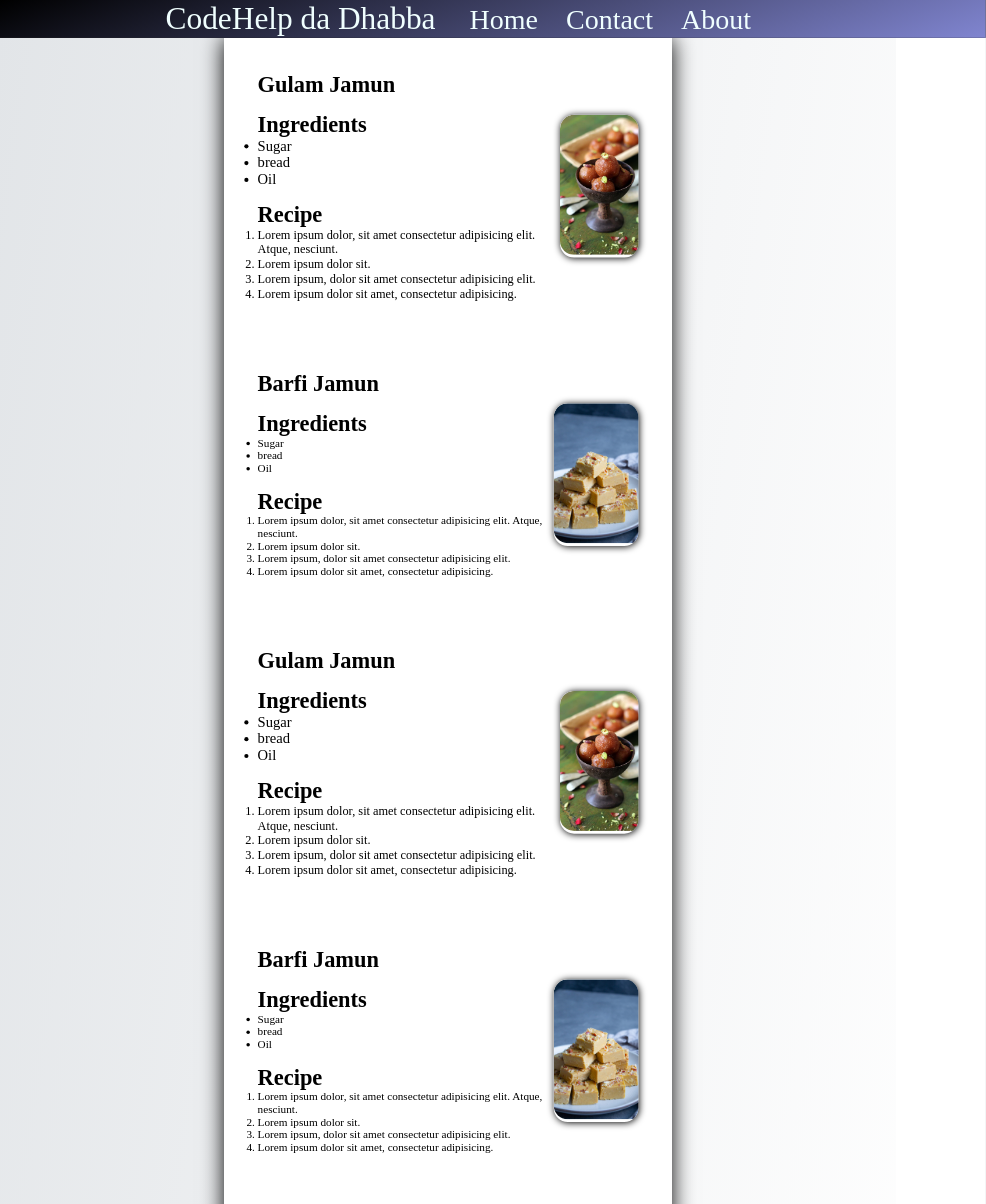
Repository: ssaddamhuss100/Recipe_Html_css
Page: index.html
These files come from the project's save history. The page is drawn as it stood at one moment and after a run of saves; the edit follows.
The browser window is 1280 px wide. The page is 1408 px wide, so the pictures cover 1408 px, including what lies to the right of the window. The pictures show the part of the page from y = 0 to 1720 px (the page is 2559 px tall before and 2554 px after), at 70% of full size.

Above is the page before, as saved 2024-12-12 10:49:09.

After the next 2 saves:
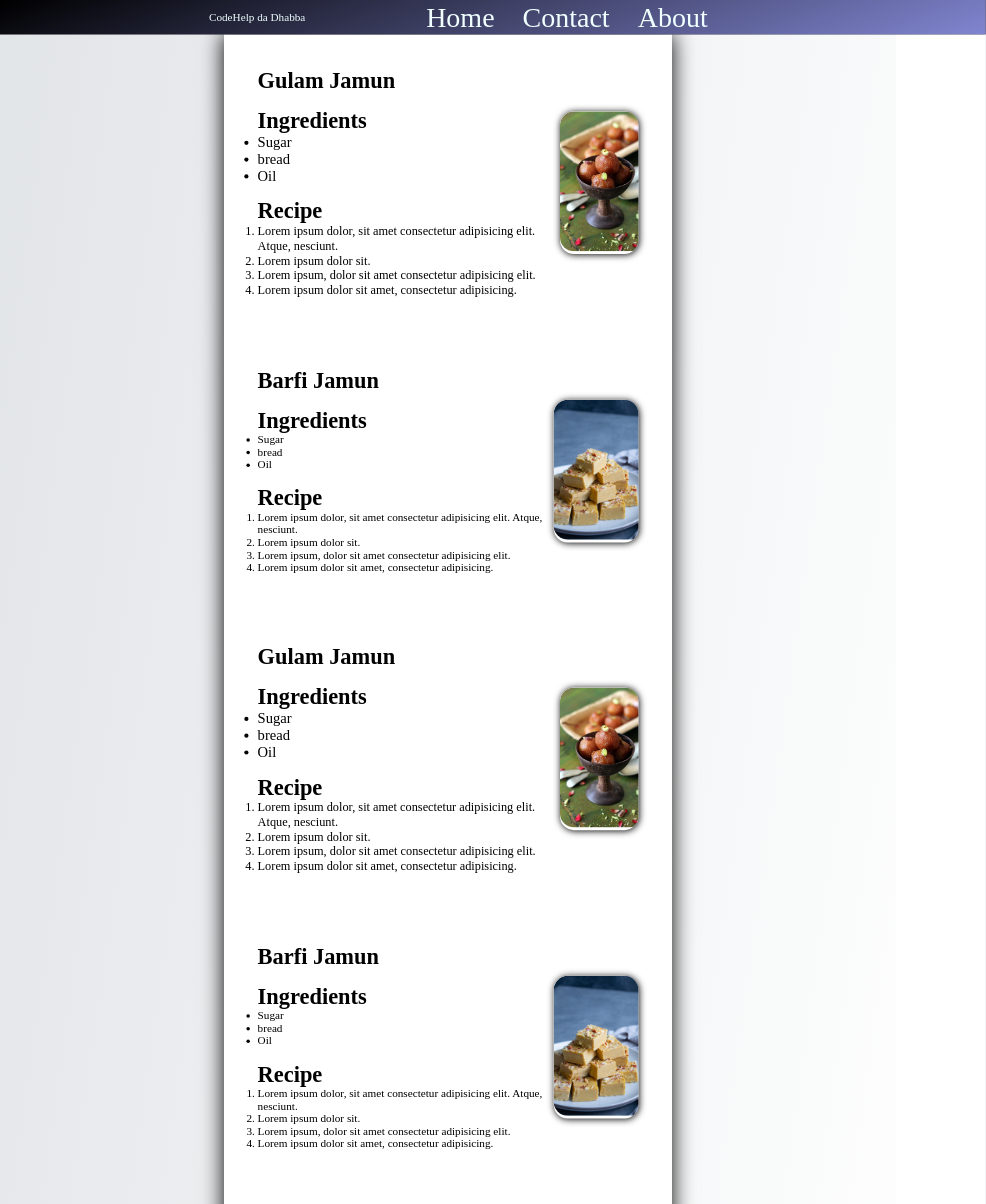
The 2 saves are shown as one change because they came seconds apart.
The last was saved 11 s later.
--- a/style.css
+++ b/style.css
@@ -41,7 +41,7 @@ nav{
 }
 
 #navLogo{
-    font-size: 2.8rem;
+    font-size: 1rem;
     color: azure;
 }
 
